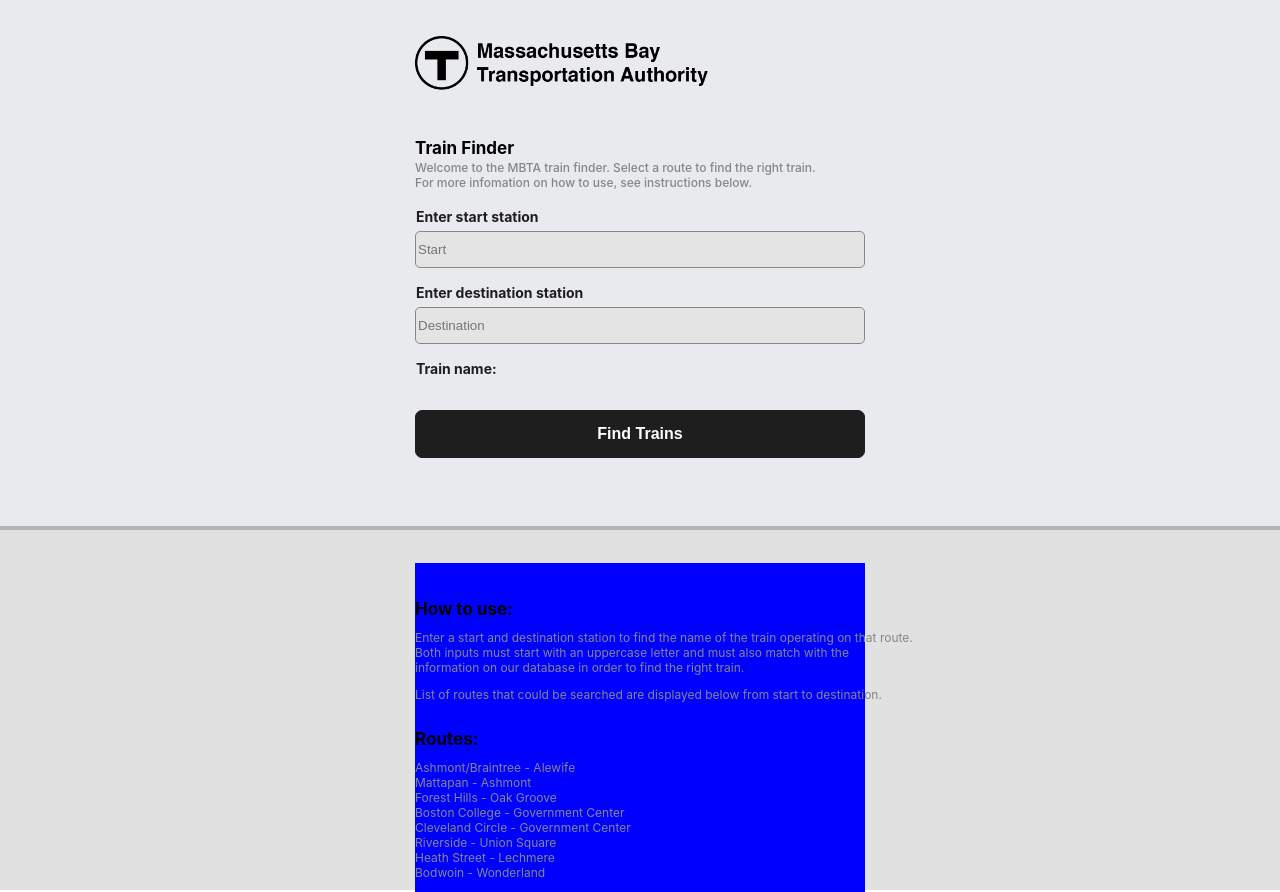
Repository: jumadesigns/mbta-train-finder
Page: / (app in mbta-app/)
The author's editor kept a copy of each file at every save. The page is drawn from the files as they stood at one save, then again after a run of saves.
The browser window is 1280 px wide. The pictures show the whole page.
The page's requests for data from a server got no answer. The project was rebuilt for these pictures with package versions that can differ from the ones it lists, and the page was loaded fresh each time. No one was signed in, and anything a server would have sent is missing.

Above is the page before, as saved 2022-09-26 17:25:04.

### mbta-app/src/index.css
body {
  margin: 0;
  font-family: -apple-system, BlinkMacSystemFont, "Segoe UI", "Roboto", "Oxygen",
    "Ubuntu", "Cantarell", "Fira Sans", "Droid Sans", "Helvetica Neue",
    sans-serif;
  -webkit-font-smoothing: antialiased;
  -moz-osx-font-smoothing: grayscale;
  height: 100vh;
}

.App {
  text-align: center;
}

.App-logo {
  margin-top: 3vh;
  max-width: 65%;
  max-height: 65%;
  margin-right: 25vh;
}

.header-title {
  text-align: left;
  margin-top: 6vh;
  font-size: 17px;
}

.header-subtitle {
  color: #858689;
  font-size: 12px;
  font-weight: 500;
  text-align: left;
  margin-top: -2vh;
}

.input-div {
  display: flex;
  flex-direction: column;
  justify-content: center;
  align-items: center;
  background-color: #e9eaed;
}

.input-container {
  margin-top: 2vh;
  height: 55vh;
  width: 450px;
  margin-bottom: 16vh;
}

.mbta-input-container {
  display: flex;
  flex-direction: column;
  justify-content: space-between;
  align-items: left;
}

.label-title {
  font-size: 14px;
  color: #1e1e1e;
  text-align: left;
  padding: 1px;
  margin: 5px;
  margin-bottom: 10px;
  margin-left: 0px;
}

.find-train-button {
  height: 48px;
  background-color: #1e1e1e;
  color: white;
  border: 1.5px solid #1e1e1e;
  border-radius: 7px;
}

.button-text {
  text-align: center;
  font-size: 16px;
  margin-top: 13px;
}

.input-bar {
  background: #e4e4e4;
  border: 1.5px solid #858689;
  border-radius: 5px;
  height: 33px;
  margin-bottom: 10px;
  margin-top: -5px;
}

.train-title {
  margin-bottom: 0vh;
}

#train-name {
  font-weight: 700;
  font-size: 20px;
  color: #1e1e1e;
  margin-bottom: 0px;
}

#train-name-not-found {
  font-size: 15px;
  font-weight: 700;
  margin-top: 0vh;
  color: red;
}

#error-message {
  margin-top: 1vh;
  color: red;
  font-size: 15px;
  font-weight: 700;
}

.bottom-container {
  position: absolute;
  bottom: 40;
  width: 100%;
  background-color: #e1e1e1;
  border-top: 4px #b5b5b5 solid;
  height: 50vh;
  display: flex;
  flex-direction: column;
  justify-content: center;
  align-items: center;
}

.bottom-center-div {
  height: 350px;
  width: 450px;
  margin-top: 5vh;
  background-color: blue;
}

.bottom-section-title-1 {
  position: absolute;
  font-weight: 700;
  font-size: 17px;
  margin-top: 5vh;
  margin-right: 25vw;
}

.bottom-section-title-2 {
  position: absolute;
  font-weight: 700;
  font-size: 17px;
  margin-top: 2vh;
  margin-right: 25vw;
}

.bottom-section-paragraph-1 {
  font-size: 12px;
  text-align: left;
  color: #858689;
  margin-top: 9.3vh;
  width: 500px;
}

.bottom-section-paragraph-2 {
  font-size: 12px;
  text-align: left;
  color: #858689;
  margin-top: 8vh;
  width: 500px;
}

### mbta-app/src/App.js
import logo from "./logo.png";
import "./index.css";
import Input from "./Input";

/*

  My name is Victor Nite. Thank you for allowing me the opportunity to build this app.
  Although i was required to just complete the steps on the instruction, I went ahead to implement
  some additional functionalities to enhance the the user experience of the app. Here is what i added.

  1. ** Validation Checks **
  Since the name of the stops returned from the API are case sensitive and a user might not know that, I
  implemented validation check to inform the user that the first letter of each word must be case sensitive.
  I also implemented another validation to the check if the stations are not entered correctly.

  2. ** List the stations **
  I also thought a first time user might not know what to search for or how to combine
  the right stations to find a train. So i displayed a list of the stations to aide first time users.

  3. ** Interactive UI **
  I implemented an interactive UI with the official MBTA logo and their style guidelines. I also displayed
  instructions on how to use the app on the UI


  ** ISSUES I HAD **
  I was able to attempt all the steps however, i couldn't make progess with Step 2 simply because all the objects
  with the MBTA trains all returned 2 stops so there was nothing to compare them with.


  I added some comment alongside some of the code for better understanding on my thought process.

*/

function App() {
  return (
    <div className="App">
      <div className="input-div">
        <div className="input-container">
          <header className="App-header">
            <img src={logo} className="App-logo" alt="logo" />
            <h3 className="header-title">Train Finder</h3>
            <p className="header-subtitle">
              Welcome to the MBTA train finder. Select a route to find the right train. <br></br>
              For more infomation on how to use, see instructions below.
            </p>
          </header>

          <Input />
        </div>
      </div>
      <div className="bottom-container">
        <div className="bottom-center-div">
          <h3 className="bottom-section-title-1">How to use:</h3>

          <p className="bottom-section-paragraph-1">
            Enter a start and destination station to find the name of the train
            operating on that route. Both inputs must start with an uppercase
            letter and must also match with the information on our database in
            order to find the right train.
            <p>
              List of routes that could be searched are displayed below from
              start to destination.
            </p>
          </p>

          <h3 className="bottom-section-title-2">Routes:</h3>

          <p className="bottom-section-paragraph-2">
            Ashmont/Braintree - Alewife <br></br>
            Mattapan - Ashmont <br></br>
            Forest Hills - Oak Groove <br></br>
            Boston College - Government Center <br></br>
            Cleveland Circle - Government Center <br></br>
            Riverside - Union Square <br></br>
            Heath Street - Lechmere <br></br>
            Bodwoin - Wonderland <br></br>
          </p>
        </div>
      </div>
    </div>
  );
}

export default App;

### mbta-app/src/Input.js
import "./index.css";
import Axios from "axios";
import React from "react";
import { useEffect, useState } from "react";

/*

  My name is Victor Nite. Thank you for allowing me the opportunity to build this app.
  Although i was required to just complete the steps on the instruction, I went ahead to implement
  some additional functionalities to enhance the the user experience of the app. Here is what i added.

  1. ** Validation Checks **
  Since the name of the stops returned from the API are case sensitive and a user might not know that, I
  implemented validation check to inform the user that the first letter of each word must be case sensitive.
  I also implemented another validation to the check if the stations are not entered correctly.

  2. ** List the stations **
  I also thought a first time user might not know what to search for or how to combine
  the right stations to find a train. So i displayed a list of the stations to aide first time users.

  3. ** Interactive UI **
  I implemented an interactive UI with the official MBTA logo and their style guidelines. I also displayed
  instructions on how to use the app on the UI


  ** ISSUES I HAD **
  I was able to attempt all the steps however, i couldn't make progess with Step 2 simply because all the objects
  with the MBTA trains all returned 2 stops so there was nothing to compare them with.


  I added some comment alongside some of the code for better understanding on my thought process.

*/

function Input() {
  const [responseData, setResponseData] = useState([]);
  const [start, setStart] = useState("");
  const [destination, setDestination] = useState("");
  const [foundTrains, setFoundTrains] = useState("");
  const [errorText, setErrorText] = useState("");
  const [notFound, setNotFound] = useState("");

  //Makes the API call for Step 1 whenever the page loads.
  useEffect(() => {
    getData();
  }, []);

  //Checks on when there is no input.
  useEffect(() => {
    if (start === "" && destination === "") {
      setNotFound("");
      setErrorText("");
      setFoundTrains("");
    }
  }, [start, destination]);

  //Checks for inputs with the wrong answer.
  useEffect(() => {
    if (notFound !== "") {
      setFoundTrains("");
    }
  }, [notFound]);

  const handleStartChange = (event) => {
    const word = event.target.value;

    //Checks for validation to make sure first letter is uppercase. (New Feature)
    if (word.charAt(0) === word.charAt(0).toLowerCase()) {
      setErrorText(
        "*First letter must be Uppercase! Please delete and type again"
      );
    } else if (word.charAt(0) === word.charAt(0).toUpperCase()) {
      setErrorText("");
    }
    setStart(word);
  };

  const handleDestinationChange = (event) => {
    const word = event.target.value;

    //Checks for validation to make sure first letter is uppercase. (New Feature)
    if (word.charAt(0) === word.charAt(0).toLowerCase()) {
      setErrorText("First letter must be Uppercase");
    } else if (word.charAt(0) === word.charAt(0).toUpperCase()) {
      setErrorText("");
    }
    setDestination(word);
  };

  const FindTrains = () => {
    const findTrains = responseData.filter((train) => {
      return (
        train.attributes.direction_destinations.includes(start) &&
        train.attributes.direction_destinations.includes(destination)
      );
    });

    //Checks for when the search returns no data, updates the state to display a message.
    if (findTrains.length > 0) {
      const found = findTrains
        .map((train) => train.attributes.long_name)
        .join("line, ");
      setFoundTrains(found);
    } else {
      setNotFound(
        "*No train was found! Please clear all inputs and search again."
      );
    }
  };

  const getData = () => {
    /*
        Fetch the API. Using the second API link because it returns a more
        filtered list unlike the first one.
    */
    Axios.get("https://api-v3.mbta.com/routes?filter[type]=0,1").then(
      (response) => {
        //Put response in a variable
        const res = response.data;
        //console.log(res.data);

        //Map through the res variable to log to the name of trains to the console as required for Step 1.
        res.data.map((val) => console.log(val.attributes.long_name));

        //Set response to the state
        setResponseData(res.data);
      }
    );
  };

  return (
    <div className="">
      <div className="mbta-input-container">
        <h4 className="label-title">Enter start station</h4>
        <input
          className="input-bar"
          type="text"
          value={start}
          placeholder="Start"
          onChange={(e) => handleStartChange(e)}
        />
        <h4 className="label-title">Enter destination station</h4>
        <input
          className="input-bar"
          type="text"
          value={destination}
          placeholder="Destination"
          onChange={(e) => handleDestinationChange(e)}
        />
        <h4 className="label-title train-title">Train name:</h4>
        <h2 id="train-name">{foundTrains}</h2>
        <p id="train-name-not-found">{notFound}</p>

        <button onClick={FindTrains} className="find-train-button">
          <h3 className="button-text">Find Trains</h3>
        </button>

        <span id="error-message">{errorText}</span>
      </div>
    </div>
  );
}

export default Input;

Loaded but not shown: mbta-app/public/index.html (common file); mbta-app/src/index.js (common file)

After the next 2 saves:
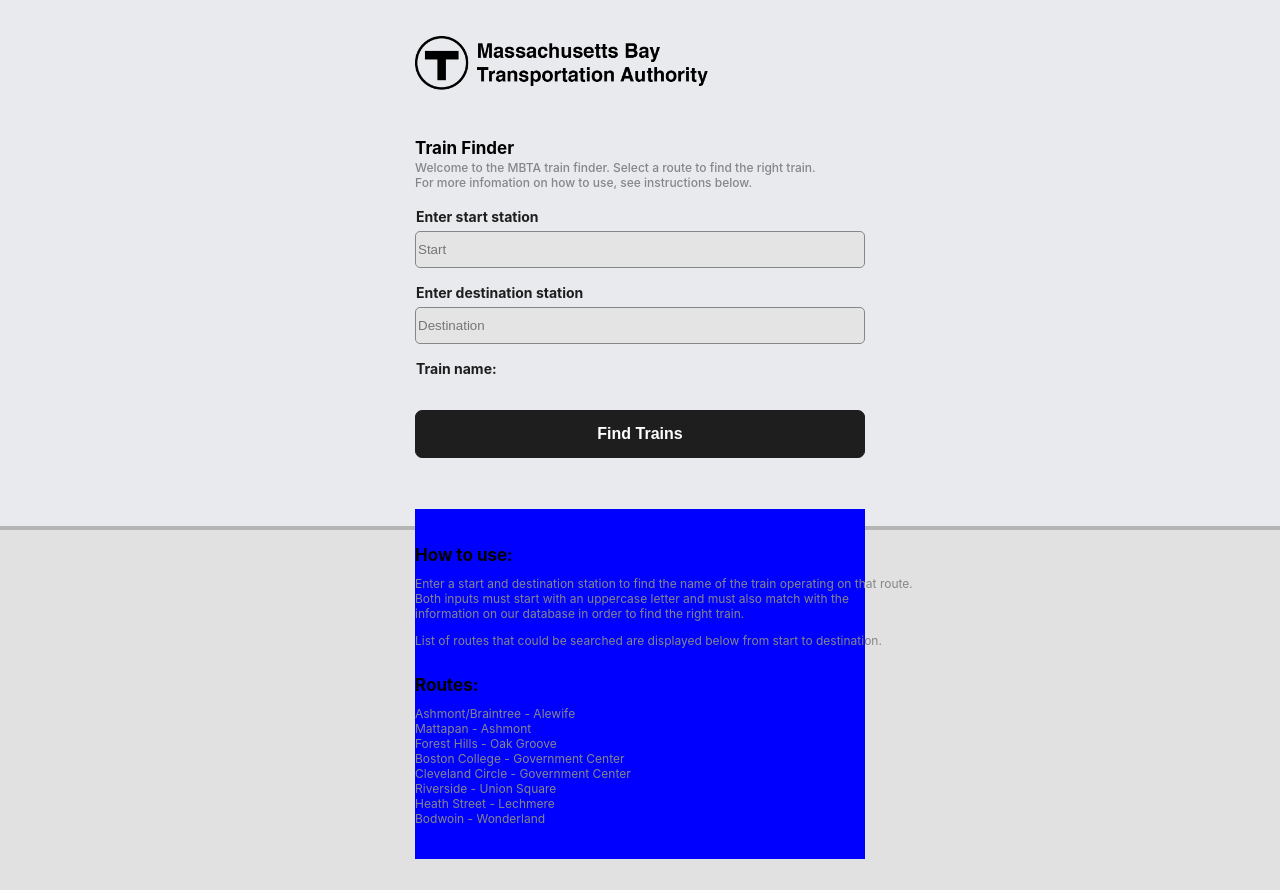
The 2 saves are shown as one change because they came seconds apart.
The last was saved 24 s later.
--- a/mbta-app/src/index.css
+++ b/mbta-app/src/index.css
@@ -129,7 +129,7 @@
 .bottom-center-div {
   height: 350px;
   width: 450px;
-  margin-top: 5vh;
+  margin-top: -7vh;
   background-color: blue;
 }
 
